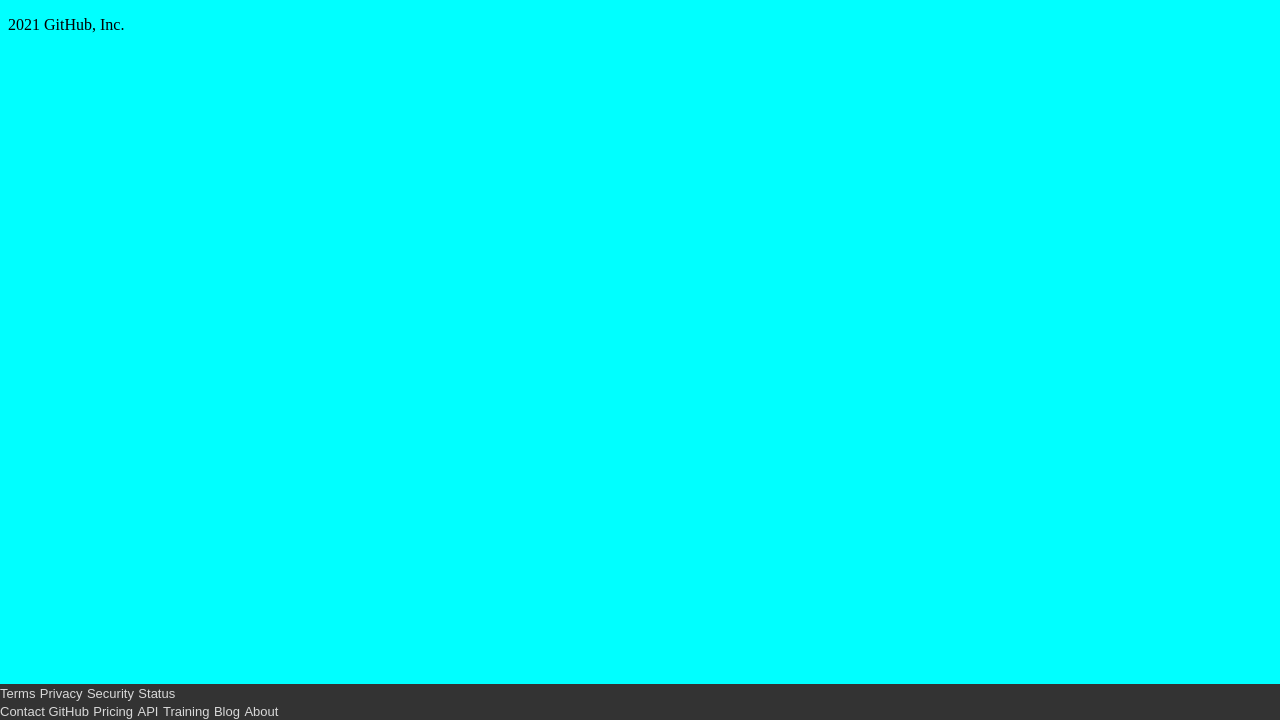
Repository: nss-evening-cohort-E23/gitsub-the-commit-commandos
Page: index.html
An editor plug-in stored every save of this project. The page is shown before and after the next save, followed by the edit.
The browser window is 1280 px wide. The pictures show the whole page.

Above is the page before, as saved 2023-05-08 20:38:24.

### index.html
<!DOCTYPE html>
<html lang="en">
<head>
  <meta charset="UTF-8">
  <meta http-equiv="X-UA-Compatible" content="IE=edge">
  <meta name="viewport" content="width=device-width, initial-scale=1.0">
  <title>Gitsub - Commit Commandos</title>
  <link rel="stylesheet" href="main.css">
</head>
<body>







  <footer>
    <div class="wrapper">
    <div class="copyright">
      <p>2021 GitHub, Inc.</p>
    </div>
    <div class="footerLinks">
      <ul>
        <li><a href="#">Terms</a>
        </li>
        <li><a href="#">Privacy</a>
        </li>
        <li><a href="#">Security</a>
        </li>
        <li><a href="#">Status</a>
        </li>
      </ul>

      <ul>
        <li><a href="#">Contact GitHub</a>
        </li>
        <li><a href="#">Pricing</a>
        </li>
        <li><a href="#">API</a>
        </li>
        <li><a href="#">Training</a>
        </li>
        <li><a href="#">Blog</a>
        </li>
        <li><a href="#">About</a>
        </li>
      </ul>
    </div>
    </div>

  </footer>

  <script src="main.js"></script>
</body>
</html>

### main.css
body{
  background-color: aqua;
}
/* .copyright {
  text-align: center;
} */

.footerLinks {
	background: #333333;
    position:absolute;
    bottom: 0;
    left: 0;
    right: 0;
    text-align:justify;
    font-family: arial;
}
.footerLinks ul {
	padding: 0;
    list-style-type: none;
    margin: 0;
}
.footerLinks li {
	display: inline;
}
.footerLinks a {
	color: #d9d9d9;
	text-decoration: none;
	font-size: 13px;
}

Loaded but not shown: main.js (empty)

After the next save:
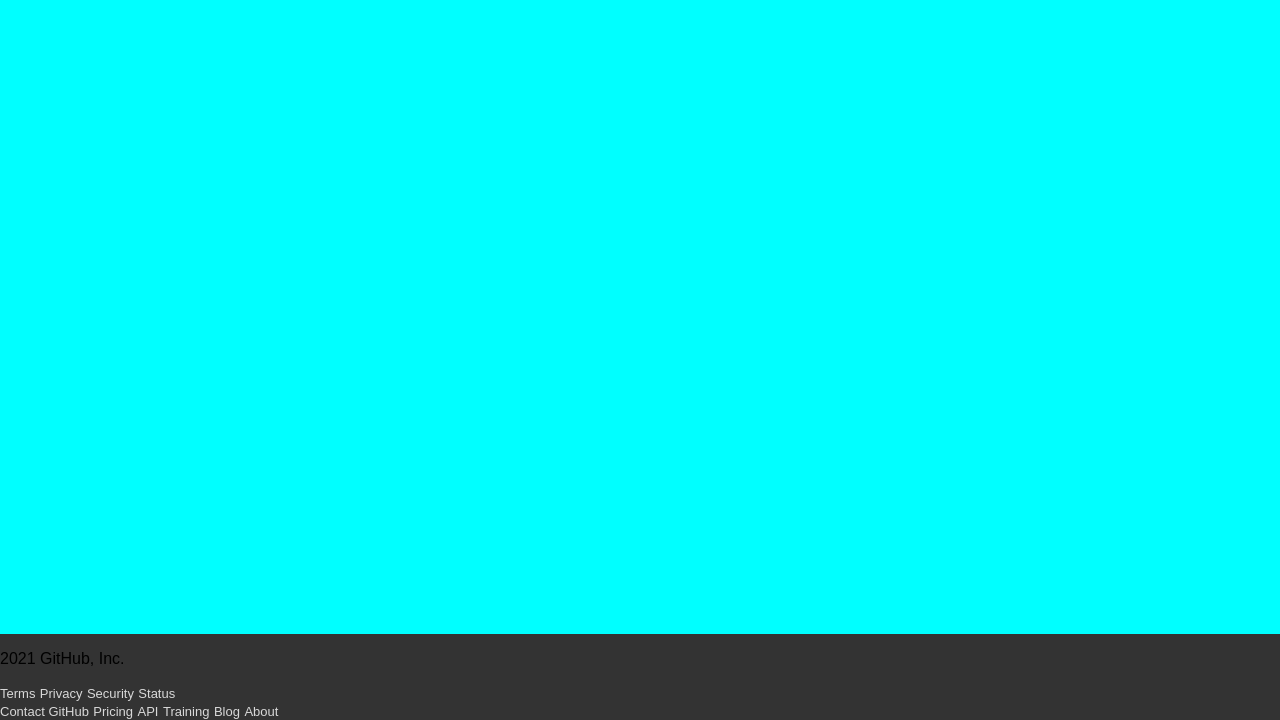
Saved 46 s later.
--- a/main.css
+++ b/main.css
@@ -5,7 +5,7 @@ body{
   text-align: center;
 } */
 
-.footerLinks {
+.wrapper {
 	background: #333333;
     position:absolute;
     bottom: 0;
